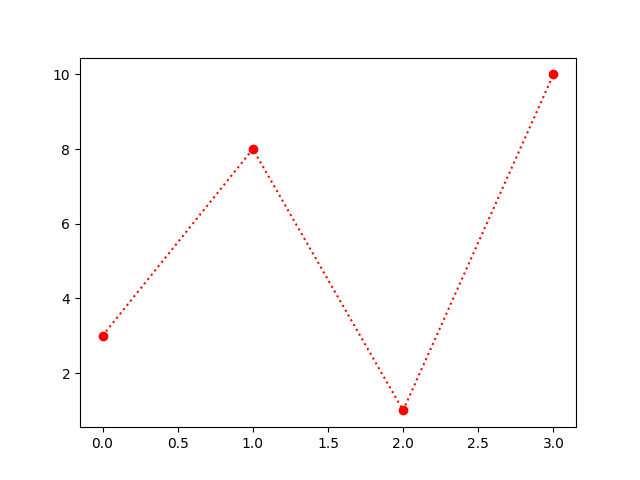
Repository: rupeshkofficial/Python-Code
Script's output: python MATPLOTLIB/3_matplotlibmarkers.py
An editor plug-in stored every save of this project. The script's output is shown before and after a run of saves, followed by the edit.
Random numbers start from a fixed seed.

Above is the script's output before, as saved 2024-05-22 14:50:58.

After the next 5 saves:
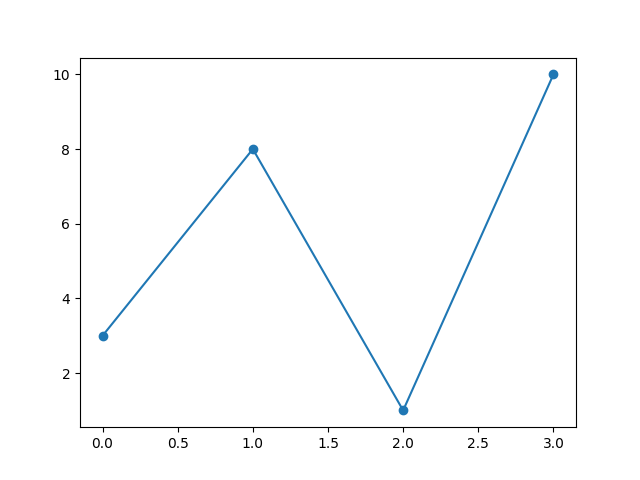
The 5 saves are shown as one change because they came seconds apart.
The last was saved 42 s later.
--- a/MATPLOTLIB/3_matplotlibmarkers.py
+++ b/MATPLOTLIB/3_matplotlibmarkers.py
@@ -4,5 +4,5 @@ import matplotlib.pyplot as plt
 import numpy as np
 
 ypoints = np.array([3,8,1,10])
-plt.plot(ypoints,'o:r')
+plt.plot(ypoints, marker = 'o')
 plt.show()
